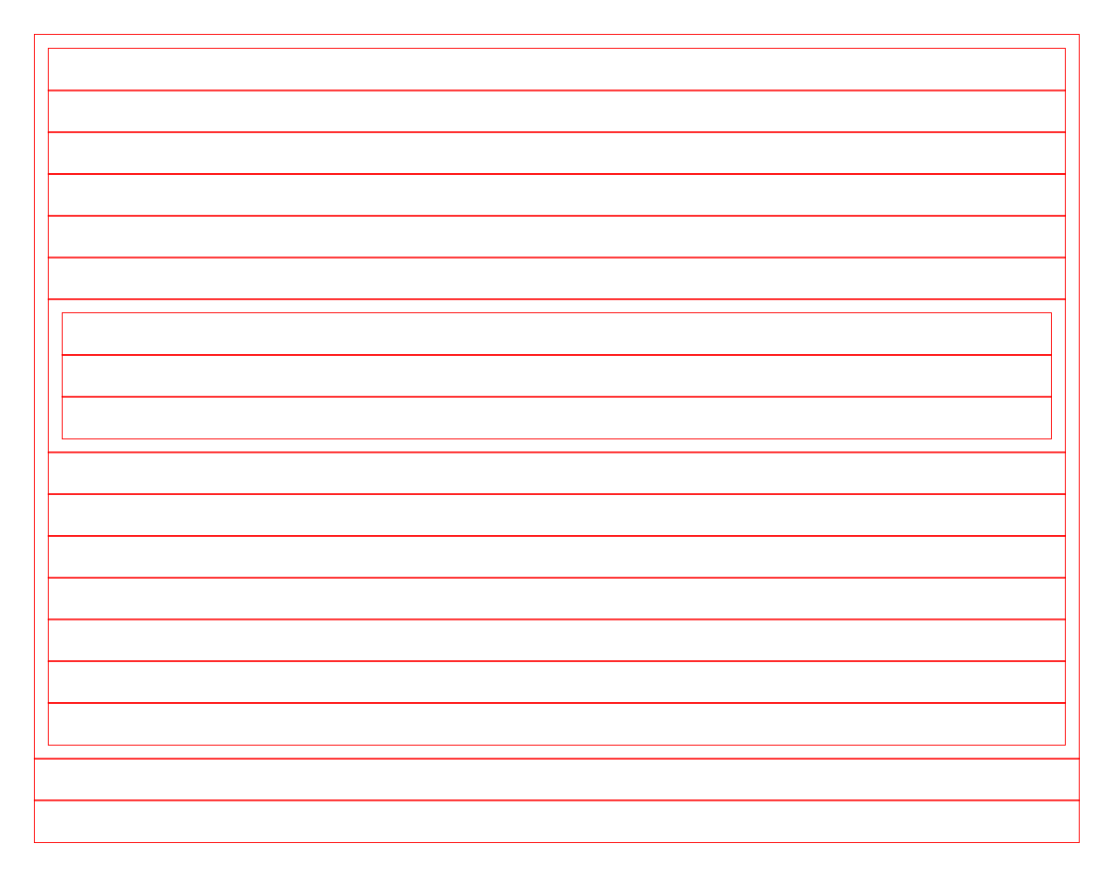
Repository: JacobSkilling-dot/Project1-Blog
Page: Week3-Blog.html
The author's editor kept a copy of each file at every save. The page is drawn from the files as they stood at one save, then again after the next save.
The browser window is 1280 px wide. The pictures show the whole page, at 87% of full size.

Above is the page before, as saved 2023-01-18 15:54:43.

### Week3-Blog.html
<!DOCTYPE html>
<html lang="en">
<head>
    <meta charset="UTF-8">
    <meta http-equiv="X-UA-Compatible" content="IE=edge">
    <meta name="viewport" content="width=device-width, initial-scale=1.0">
    <title>Website Template</title>
    <link rel="stylesheet" href="style.css">
</head>
<body>
    <div class="main-content">
    <div class="logo"></div>
        <div class="search-bar"></div>
        <div class="social1"></div>
        <div class="social2"></div>
        <div class="social3"></div>
        <div class="pages"></div>

        <div class="images">
        <div class="large-img1"></div>
        <div class="large-img2"></div>
        <div class="large-img3"></div>
        </div>

        <div class="header1"></div>
        <div class="body-text1"></div>
        <div class="larger-img1"></div>
        <div class="small-image1"></div>
        <div class="small-image2"></div>
        <div class="small-image3"></div>
        <div class="small-image4"></div>
        </div>


        <div class="header2"></div>
        <div class="body-text2"></div>
        </div>


        </style>
    </div>

</body>
</html>

### style.css
* {
    outline: 1px solid rgb(255, 0, 0);
    padding: 1rem;
    min-height: 1rem;
}

html, body, grammarly-desktop-integration {
    outline: none;
}

After the next save:
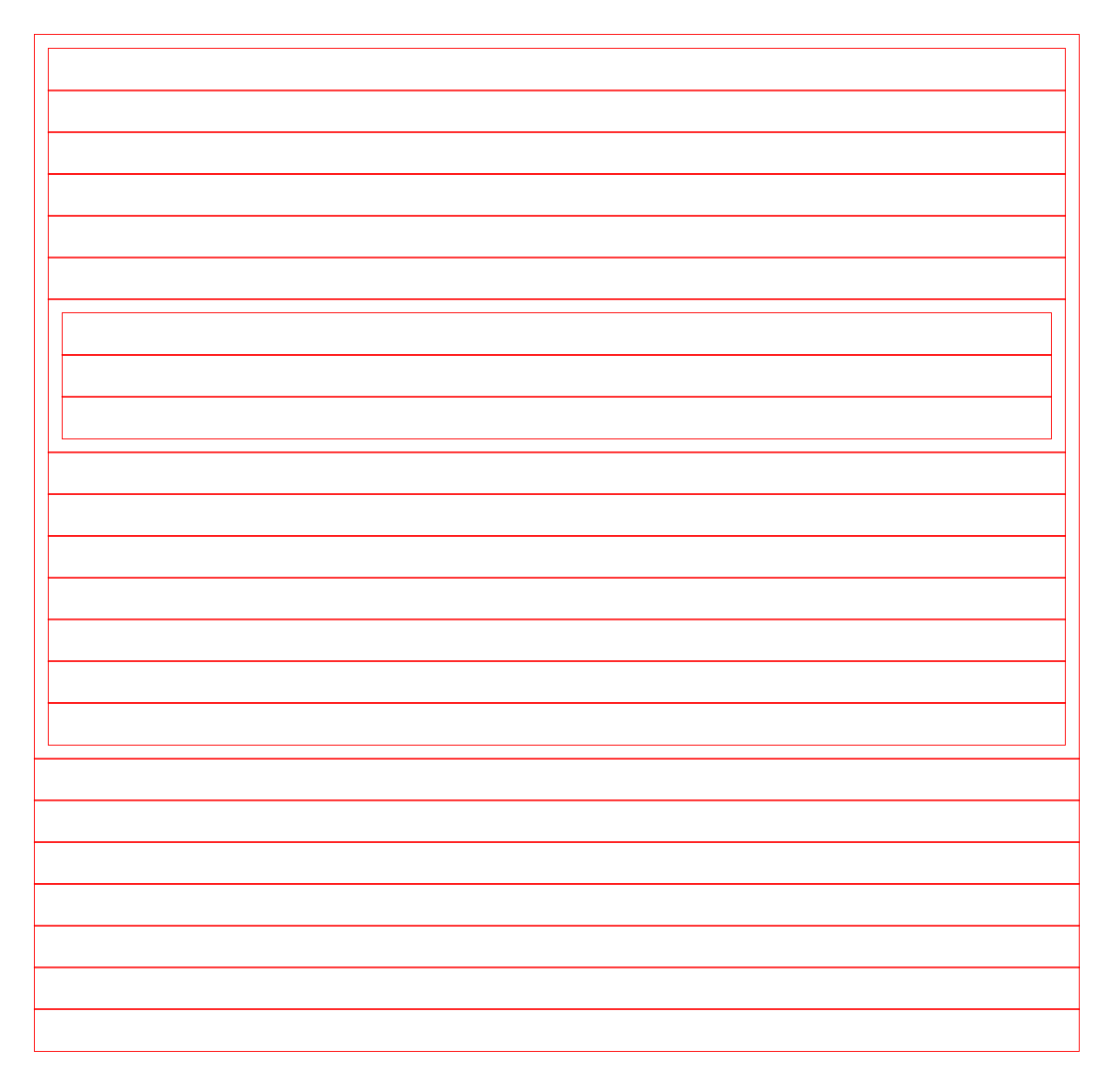
Saved 15 s later.
--- a/Week3-Blog.html
+++ b/Week3-Blog.html
@@ -34,6 +34,11 @@
 
         <div class="header2"></div>
         <div class="body-text2"></div>
+        <div class="larger-img1"></div>
+        <div class="small-image1"></div>
+        <div class="small-image2"></div>
+        <div class="small-image3"></div>
+        <div class="small-image4"></div>
         </div>
 
 
